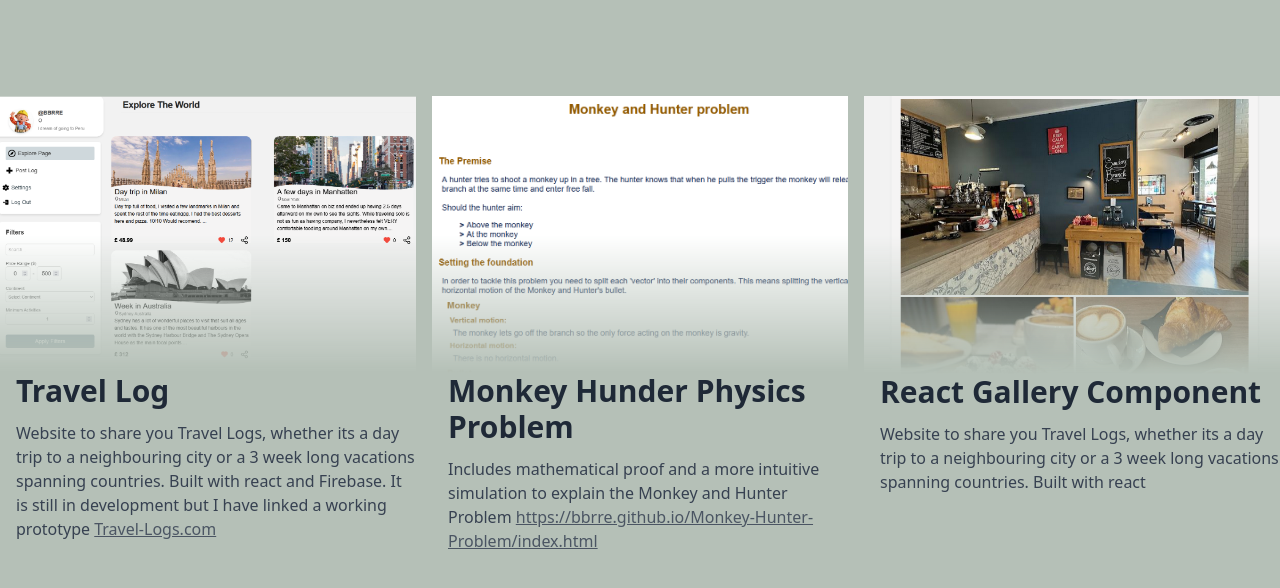
Repository: BBRRE/Portfolio-V2
Page: /#/Computer-Sci
An editor plug-in stored every save of this project. The page is shown before and after the next save, followed by the edit.
The browser window is 1280 px wide. The pictures show the whole page.
Some web fonts or font styles are not loaded; a fallback is used. The project was rebuilt for these pictures with package versions that can differ from the ones it lists, and the page was loaded fresh each time. Also part of the build but not shown: vite.config.js, src/Subjects/Archi.jsx, src/Subjects/EEng.jsx, src/Subjects/Other.jsx, src/Projects Overview.jsx, src/HomePage.jsx, src/ErrorBoundary.jsx.

Above is the page before, as saved 2024-11-29 09:19:06.

### index.html
<!doctype html>
<html lang="en">
  <head>
    <meta charset="UTF-8" />
    <link rel="icon" type="image/svg+xml" href="src\assets\letter-bb.svg" />
    <link href="https://fonts.googleapis.com/css2?family=Inconsolata&family=Italiana&family=Hubballi&family=Julius+Sans+One&display=swap" rel="stylesheet">
    <link rel="preconnect" href="https://fonts.googleapis.com" />
<link rel="preconnect" href="https://fonts.gstatic.com" crossorigin />
<link
  rel="stylesheet"
  href="https://fonts.googleapis.com/css2?family=Roboto:wght@300;400;500;700&display=swap"
/>
<link
  rel="stylesheet"
  href="https://fonts.googleapis.com/icon?family=Material+Icons"
/>

    <meta name="viewport" content="width=device-width, initial-scale=1.0" />
    <title>Bilaal Bare</title>
  </head>
  <body>
    <div id="root"></div>
    <script type="module" src="/src/main.jsx"></script>
  </body>
</html>

### src/main.jsx
import React from 'react'
import ReactDOM from 'react-dom/client'
import App from './App'
import ErrorBoundary from './ErrorBoundary'
import './index.css'

ReactDOM.createRoot(document.getElementById('root')).render(
  <React.StrictMode>
    <ErrorBoundary>
      <App />
    </ErrorBoundary>
  </React.StrictMode>
)

### src/App.jsx
import { HashRouter as Router, Routes, Route } from 'react-router-dom';
import Archi from './Subjects/Archi.jsx'
import CompSci from './Subjects/CompSci.jsx'
import EEng from './Subjects/EEng.jsx'
import Other from './Subjects/Other.jsx'
import { HomePage } from './HomePage'
import { useState, useEffect } from 'react'

function App() {
  useEffect(() => {
    console.log('App component mounted')
  }, [])

  return (
    <Router>
        <Routes>
          <Route path="/" element={<HomePage />} />
          <Route path="/Architecture" element={<Archi />} />
          <Route path="/Electronic-Eng" element={<EEng />} />
          <Route path="/Computer-Sci" element={<CompSci />} />
          <Route path="/Other" element={<Other />} />
        </Routes>
    </Router>
  )
}

export default App

### src/index.css
@tailwind base;
@tailwind components;
@tailwind utilities;

@layer utilities {
  .bg-dot-pattern {
    background-image: radial-gradient(circle, rgba(0, 0, 0, 0.2) 1px, transparent 1px);
    background-size: 50px 50px; /* Adjust the spacing here */
  }
}

### src/Subjects/CompSci.jsx
import React from 'react'
import cs from '../assets/aaaa.png'
import ph from '../assets/Monkey.png'
import tr from '../assets/tra.png'

const CompSci = () => {
  return (
    <div className='bg-[#B5C0B7] w-full h-auto min-h-screen grid grid-cols-1 md:grid-cols-2 lg:grid-cols-3 gap-4 '>
      <div className='flex flex-col mx-auto mt-24'>
        <img src={cs} style={{ WebkitMaskImage: 'linear-gradient(to top, transparent 0%, black 50%)' }} />
        <div className="  flex flex-col ml-4 gap-3 justify-center">
          <h2 className=" text-left text-xl md:text-2xl lg:text-3xl font-semibold text-gray-800">
            Travel Log
          </h2>
          <p className="text-gray-700 text-sm md:text-base leading-relaxed max-w-[500px]">
            Website to share you Travel Logs, whether its a day trip to a neighbouring city or a 3 week long vacations spanning countries. Built with react
            and Firebase. It is still in development but I have linked a working prototype <a href="https://Travel-Logs.com/" className='underline text-gray-600'>Travel-Logs.com</a>
          </p>
        </div>
      </div>

      <div className='flex flex-col mx-auto mt-24'>
        <img src={ph} style={{ WebkitMaskImage: 'linear-gradient(to top, transparent 0%, black 50%)' }} />
        <div className=" flex flex-col ml-4 gap-3 justify-center">
          <h2 className=" text-left text-xl md:text-2xl lg:text-3xl font-semibold text-gray-800">
            Monkey Hunder Physics Problem
          </h2>
          <p className="text-gray-700 text-sm md:text-base leading-relaxed max-w-[500px]">
            Includes mathematical proof and a more intuitive simulation to explain the Monkey and Hunter Problem  <a href="https://bbrre.github.io/Monkey-Hunter-Problem/index.html" className='underline text-gray-600'>https://bbrre.github.io/Monkey-Hunter-Problem/index.html</a>        </p>
        </div>
      </div>

      <div className='flex flex-col mx-auto mt-24'>
        <img src={tr} style={{ WebkitMaskImage: 'linear-gradient(to top, transparent 0%, black 50%)' }} />
        <div className=" flex flex-col ml-4 gap-3 justify-center">
          <h2 className=" text-left text-xl md:text-2xl lg:text-3xl font-semibold text-gray-800">
            React Gallery Component
          </h2>
          <p className="text-gray-700 text-sm md:text-base leading-relaxed max-w-[500px]">
            Website to share you Travel Logs, whether its a day trip to a neighbouring city or a 3 week long vacations spanning countries. Built with react

          </p>
        </div>
      </div>

    </div>
  )
}

export default CompSci

### tailwind.config.js
/** @type {import('tailwindcss').Config} */
export default {
    darkMode: ["class"],
    content: ["index.css",
  "./src/**/*.{js,ts,jsx,tsx}",],
  theme: {
  	extend: {
  		backgroundImage: {
  			noise: "url('/src/assets/nnnoise.svg')",
  			undulate: "url('/src/assets/uuundulate.svg')"
  		},
  		fontFamily: {
  			inconsolata: ['Inconsolata', 'monospace'],
  			italiana: ['Italiana', 'serif'],
  			hubballi: ['Hubballi', 'cursive'],
  			julius: ['Julius Sans One"', 'sans-serif']
  		},
      keyframes: {
        fadeIn: {
          '0%': { opacity: '0' },
          '100%': { opacity: '1' },
        },
      }
  	}
  }
}

After the next save:
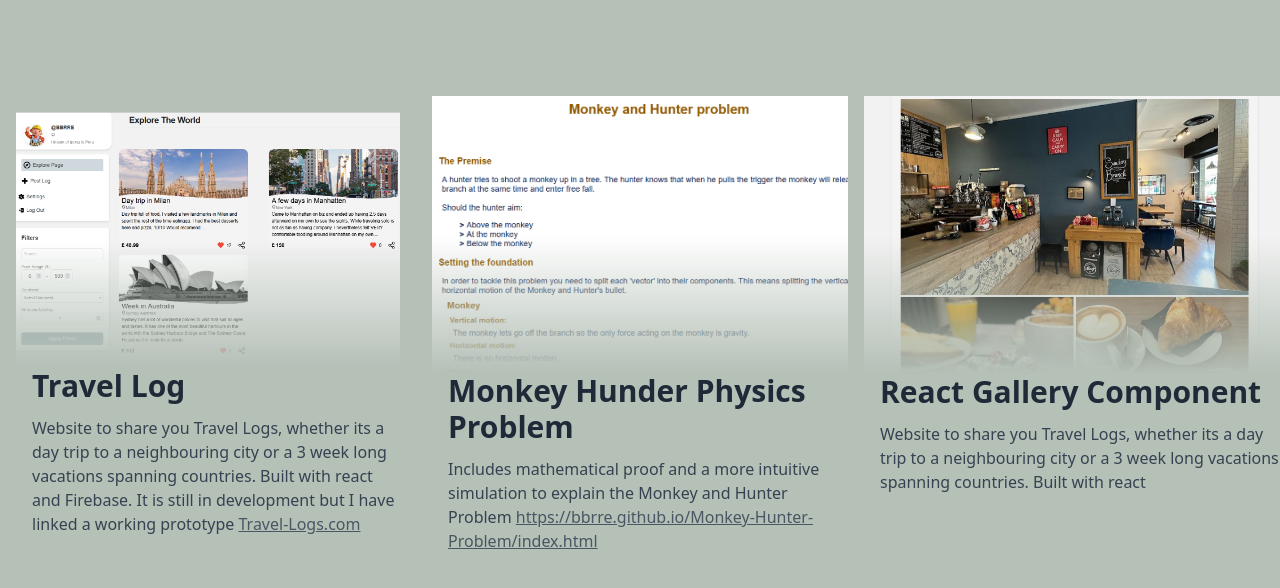
Saved 9 s later.
--- a/src/Subjects/CompSci.jsx
+++ b/src/Subjects/CompSci.jsx
@@ -6,7 +6,7 @@ import tr from '../assets/tra.png'
 const CompSci = () => {
   return (
     <div className='bg-[#B5C0B7] w-full h-auto min-h-screen grid grid-cols-1 md:grid-cols-2 lg:grid-cols-3 gap-4 '>
-      <div className='flex flex-col mx-auto mt-24'>
+      <div className='flex flex-col mx-auto p-4 mt-24'>
         <img src={cs} style={{ WebkitMaskImage: 'linear-gradient(to top, transparent 0%, black 50%)' }} />
         <div className="  flex flex-col ml-4 gap-3 justify-center">
           <h2 className=" text-left text-xl md:text-2xl lg:text-3xl font-semibold text-gray-800">
